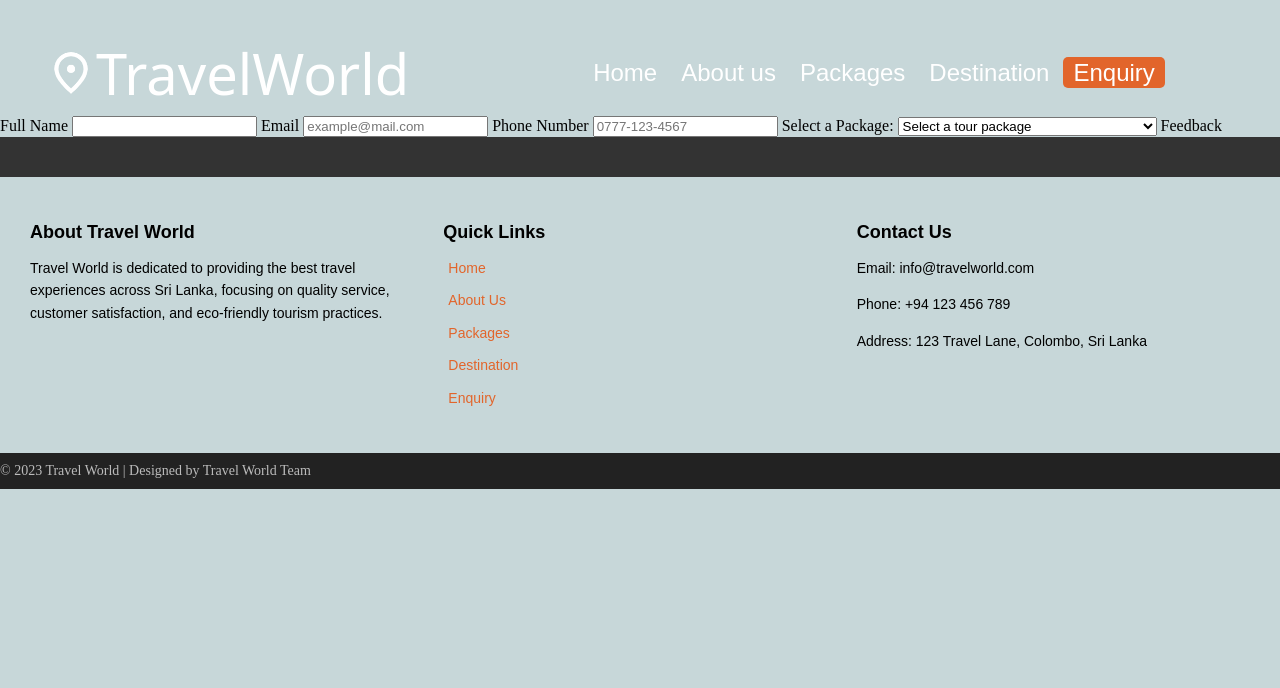
Repository: Haakim19/TavelWorld
Page: HTML/Enquiry.html
The author's editor kept a copy of each file at every save. The page is drawn from the files as they stood at one save, then again after the next save.
The browser window is 1280 px wide. The pictures show the whole page.
Some web fonts or font styles are not loaded; a fallback is used.

Above is the page before, as saved 2024-11-03 18:06:38.

### HTML/Enquiry.html
<!DOCTYPE html>
<html lang="en">
    <head>
        <meta charset="UTF-8" />
		<meta name="viewport" content="width=device-width, initial-scale=1.0" />
		<title>Travel World</title>
        <link rel="icon" href="../Assets/icon/location.png" type="image/png">
        <link rel="stylesheet" href="../CSS/Navbar.CSS">
        <link rel="stylesheet" href="../CSS/Aboutus.css">
        <link rel="stylesheet" href="../CSS/Footer.css">
        <link rel="preconnect" href="https://fonts.googleapis.com">
        <link rel="preconnect" href="https://fonts.gstatic.com" crossorigin>
        <link href="https://fonts.googleapis.com/css2?family=Irish+Grover&family=Jaldi:wght@400;700&family=Playwrite+GB+S:ital,wght@0,100..400;1,100..400&display=swap" rel="stylesheet">
</head>
<body>
        <div class="bg-img">
            <!-- Navigation Bar -->
            <nav class="navbar">
                <div class="logo">
                    <img src="../Assets/icon/location.png" alt="" />
                    Travel <span>World</span>
                </div>
                <div class="page">
                    <a href="Home.html">Home</a>
                    <a href="Aboutus.html">About us</a>
                    <a href="Packages.html">Packages</a>
                    <a href="Destination.html">Destination</a>
                    <a href="Enquiry.html" class="enquiry-btn">Enquiry</a>
                </div>
            </nav>
            <form action="">
                <label for="Fname">Full Name</label>
                <input type="text" >
                <label for="email">Email</label>
                <input type="email" placeholder="example@mail.com">
                <label for="pnumber">Phone Number</label>
                <input type="tel" placeholder="0777-123-4567">
                <label for="tour-packages">Select a Package:</label>
                    <select id="tour-packages">
                        <option value="" disabled selected id="placeholder">Select a tour package</option>
                        <option value="cultural_heritage">Cultural Heritage Tours - $550</option>
                        <option value="beach_escapes">Beach Escapes - $700</option>
                        <option value="wildlife_safari">Wildlife and Safari Adventures - $600</option>
                        <option value="hill_country">Hill Country Retreats - $400</option>
                        <option value="adventure">Adventure and Outdoor Activities - $350</option>
                        <option value="wellness">Wellness and Ayurveda Retreats - $800</option>
                        <option value="food_culinary">Food and Culinary Tours - $450</option>
                        <option value="luxury">Luxury Escapes - $1,200</option>
                    </select>
                <label for="msg">Feedback</label>
            </form>
            <footer class="footer"></footer>
            <div class="footer-content">
                <div class="footer-section about">
                    <h2>About Travel World</h2>
                    <p>Travel World is dedicated to providing the best travel experiences across Sri Lanka, focusing on quality service, customer satisfaction, and eco-friendly tourism practices.</p>
                </div>
                <div class="footer-section links">
                    <h2>Quick Links</h2>
                    <ul>
                        <li><a href="Home.html">Home</a></li>
                        <li><a href="Aboutus.html">About Us</a></li>
                        <li><a href="Packages.html">Packages</a></li>
                        <li><a href="Destination.html">Destination</a></li>
                        <li><a href="Enquiry.html">Enquiry</a></li>
                    </ul>
                </div>
                <div class="footer-section contact">
                    <h2>Contact Us</h2>
                    <p>Email: info@travelworld.com</p>
                    <p>Phone: +94 123 456 789</p>
                    <p>Address: 123 Travel Lane, Colombo, Sri Lanka</p>
                </div>
            </div>
            <div class="footer-bottom">
                &copy; 2023 Travel World | Designed by Travel World Team
            </div>
        </footer>
</body>
</html>

### CSS/Navbar.CSS
body{
    margin: 0;
    padding: 0;
    /* background-color: #ffffff; */
}
/* Background image */
.bg-img img{
    width: 100%;
    height: 95vh;
    object-fit: cover;
    object-position: top;
    background-attachment: scroll;
}

.hero-img {
    /* filter: blur(2px); */
    position:absolute;
    top: 0;
    z-index: 1;
    background-color:black;;
}
/* Navigation bar */
nav{
    position: relative;
    display: flex;
    align-items: center;
    justify-content: space-between;
    z-index: 1000;
    padding-top: 30px;
}
.logo{
    margin-left: 5vh;
    font-family: "Irish Grover", system-ui;
    color: #ffffff;
    font-size: 3.5rem;
    display: flex;
    justify-content:center;
    align-items: center;
    padding: 5px 10px 5px 10px;
}
.logo img{
    width: 50px;
    height: 50px;
    color: #ffffff;
}

.page {
    margin-right : 16vh;

}

.page a{
    /* display: flex; */
    font-size: 1.5rem;
    color: #ffffff;
    font-family:"Jaldi", sans-serif;
    justify-content: space-evenly;
    align-items: center;
    padding: 2px 10px 2px 10px;
    text-decoration: none;
    transition: all 0.5s ease;
}
.page a:hover{
    color: #E2652B;
}
.page .enquiry-btn{
    background-color:#E2652B;
    color: white;
    border-radius: 5px;
    transition: all 0.5s ease;
}
.page .enquiry-btn:hover{
    color:#E2652B;
    background-color: rgb(255, 255, 255);
    border-radius: 5px;
}
section {
    position: relative;
    z-index: 1000;
    color: #ffffff;
    display: flex;
    flex-direction: column;
    justify-content: center;
    align-items: center;
    margin-top: 1vh;

}

.hero .hero-overlay h1 {
    /* margin-right: 10vh; */
    font-family: "Playwrite GB S", serif;
    font-weight: 700;
    font-style:oblique;
    font-size: 10rem;
    margin-bottom: -10px;
}

.hero .hero-overlay p {
    margin-left: 15vh;
    margin-top: auto;
    font-family: "Bebas Neue", sans-serif;
    font-weight: 500;
    font-style:normal;
    font-size: 3rem;
    margin-right: 10vh;
}

### CSS/Aboutus.css
body{
    background-color:hsla(184, 100%, 16%, 0.221);
}
.hero{
    display: flex;
    flex-direction: row;
    justify-content: center;
    align-items: center;
    margin-top: -5vh;
    margin-left: 10%;
    margin-right: 10%;
    text-align: center;
}
/* All the container style */
.container{
    position:relative;
    width: 85%;
    height: 700px;
    top: -100px;
    background: hsla(0, 0%, 100%, 0.651);
    box-shadow: 5px 5px 5px 2px rgba(0, 0, 0, 0.25);
    border-radius: 35px;
    display: flex;
    justify-content: center;
    align-items: center;
    margin-top: 18vh;
    margin-left: 7.5%;
    margin-right: 7.5%;
    margin-bottom:15vh;
    z-index: 10;
}
.container h2{
    font-family: "Righteous", sans-serif;
    position: absolute;
    left: 7%;
    top: -10%;
    transform: translateY(100%);
    margin-top: 5px;
    color: #004D53;
    font-size: 4rem;
}
/* Our team card */
.team h3{
    font-family: "Righteous", sans-serif;
    font-size: 3rem;
    margin-top: -5.5vh;
    color: #ffffff;
    margin-bottom: -4vh;
    /* margin-left: 30%; */
    text-align: center;
}
.team h4{
    font-family: "Jaldi", sans-serif;
    font-size: 1.5rem;
    color: #ffffff;
    text-align: center;
    margin-bottom: -2vh;
    color:#E2652B;
    /* line-height:4rem; */
    /* font-size: 2rem; */

}
.team h5{
    font-family: "Jaldi", sans-serif;
    font-size: 1rem;
    color: #ffffff;
    text-align: left;
    margin:10%;
}
/* team cards style */
.team .box{
    position:relative;
    background-color:rgb(255, 255, 255);
    justify-content: space-evenly;
    margin: 40px;
    width: 25%;
    height: 75%;
    box-shadow: 8px 8px 4px rgba(0, 0, 0, 0.25);
    border-radius: 10px;
    z-index: 10;
    transition: all 0.5s ease;
}
/* team cards animation style */
.team .box .box-content{
    color: #fff;
    background-color: rgba(0, 0, 0, 0.5);
    display: flex;
    width: 100%;
    height: 100%;
    flex-direction: column;
    justify-content: center;
    backdrop-filter: blur(5px);
    opacity: 0;
    transition: all 0.5s ease;
    /* z-index: 1100; */
}
.container .box .box-content:hover{
    opacity: 1;
    border-radius:10px
}

.cont1 .box {
    position:absolute;
    background-color:rgb(255, 255, 255);
    width: 25%;
    height: 75%;
    right:70%;
    /* top:-70px; */
    box-shadow: 8px 8px 4px rgba(0, 0, 0, 0.25);
    border-radius: 10px;
    z-index: 10;
}
.cont1  section p{
    color: #53998F;
    font-family: "Jaldi", sans-serif;
    font-size: 1.2rem;
    padding-left: 200px;
    line-height: 1.5rem;
    max-width: 600px;
    display: flex;
    flex-direction: column;
    align-items:first baseline
}
.cont1  section p strong{
    font-size: 2rem;
}
.cont1  section p span{
    font-style: italic;
    font-weight:800;
}
.box img {

    width: 100%;

    height: 100%;
    border-radius: 10px;
    object-fit: cover;

}

### CSS/Footer.css
.footer {
    background-color: #333;
    color: #fff;
    padding: 20px 0;
    text-align: center;
}

.footer-content {
    display: flex;
    justify-content: space-around;
    flex-wrap: wrap;
    padding: 20px;
}

.footer-section {
    flex: 1;
    margin: 10px;
    min-width: 200px;
}

.footer-section h2 {
    font-family: "Jaldi", sans-serif;
    font-size: 18px;
    margin-bottom: 10px;
}

.footer-section p, .footer-section ul, .footer-section li {
    font-family: "Jaldi", sans-serif;
    font-size: 14px;
    line-height: 1.6;
}

.footer-section ul {
    list-style: none;
    padding: 0;
}

.footer-section ul li {
    margin-bottom: 10px;
}

.footer-section ul li a {
    color:#E2652B;
    text-decoration: none;
    transition: all 0.5s ease;
    padding: 2px 5px 2px 5px;
    border-radius: 5px;

}

.footer-section ul li a:hover {
    /* text-decoration: underline; */
    background-color: #E2652B;
    color:#ffffff;
}

.footer-bottom {
    background-color: #222;
    color: #bbb;
    padding: 10px 0;
    font-size: 14px;
}

After the next save:
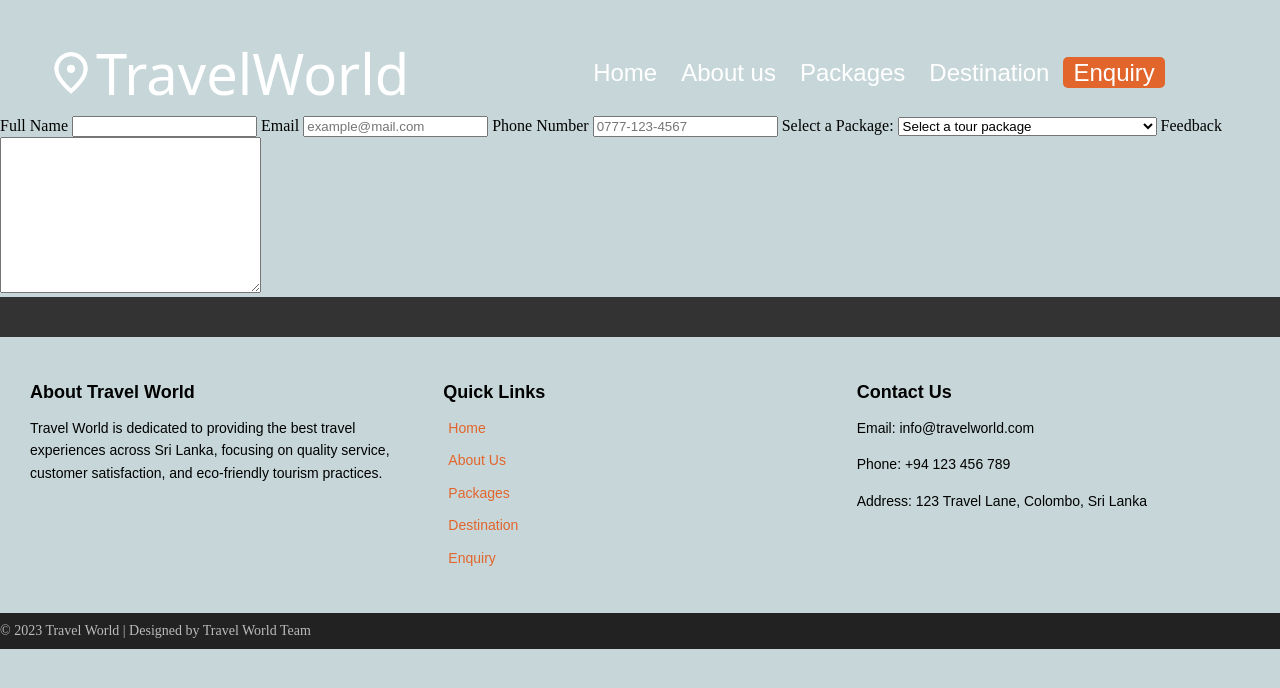
Saved 23 s later.
--- a/HTML/Enquiry.html
+++ b/HTML/Enquiry.html
@@ -48,6 +48,7 @@
                         <option value="luxury">Luxury Escapes - $1,200</option>
                     </select>
                 <label for="msg">Feedback</label>
+                <textarea name="msg" id="msg" cols="30" rows="10"></textarea>
             </form>
             <footer class="footer"></footer>
             <div class="footer-content">
